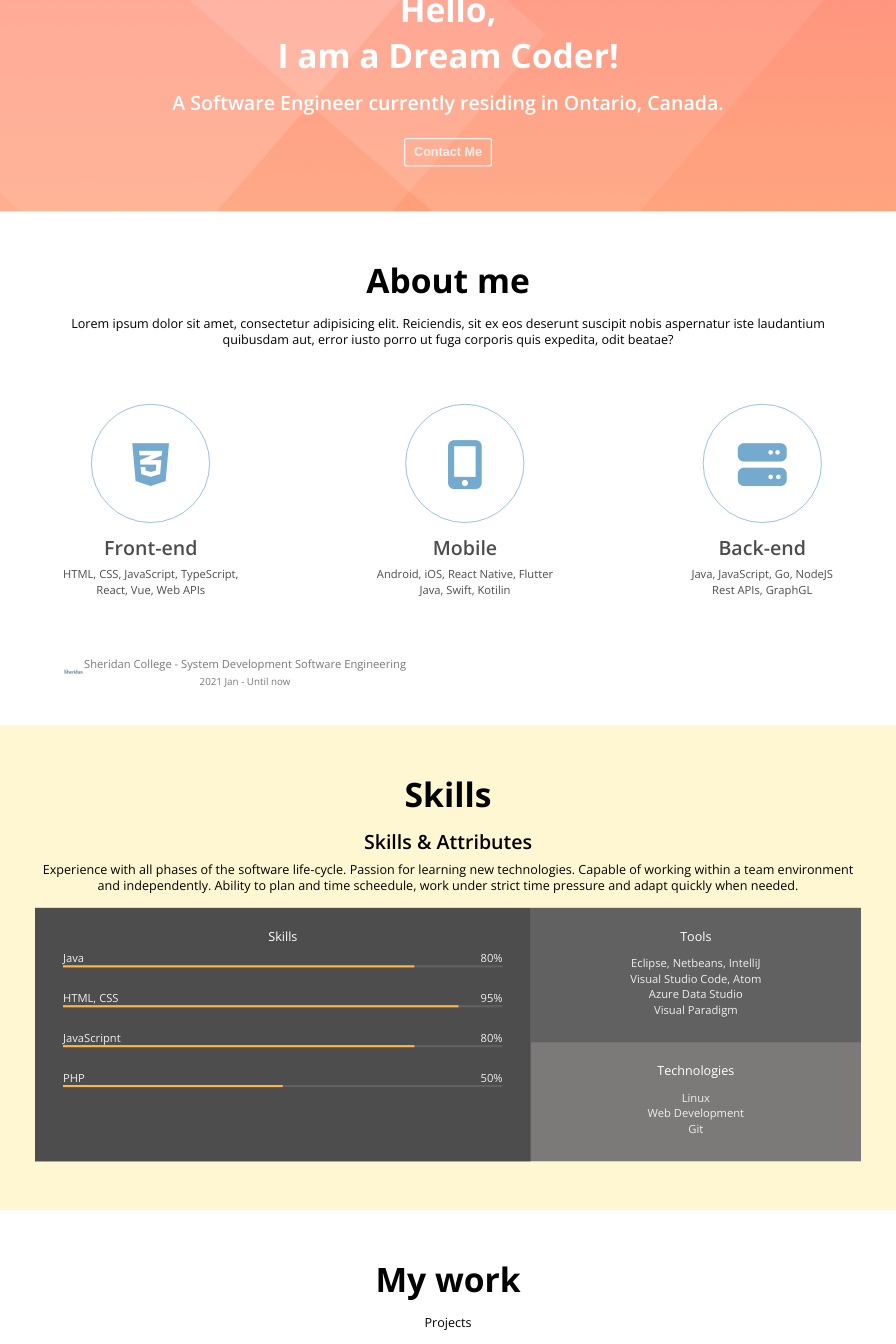
Repository: jennyjjung/portfolio.v0
Page: index.html
These files come from the project's save history. The page is drawn as it stood at one moment and after the next save; the edit follows.
The browser window is 1280 px wide. The pictures show the part of the page from y = 410 to 2330 px (the page is 4039 px tall), at 70% of full size.
Some web libraries are served in a nearby version.

Above is the page before, as saved 2022-02-28 11:59:24.

### index.html
<!DOCTYPE html>
<html lang="en">

<head>
  <meta charset="UTF-8">
  <meta http-equiv="X-UA-Compatible" content="IE=edge">
  <meta name="viewport" content="width=device-width, initial-scale=1.0">
  <title>Jenny's Portfolio</title>
  <meta name="description" content="Portfolio for world-renowned software engineer Jenny">
  <meta nema="author" content="Jenny">
  <link rel="icon" type="image/png" href="imgs/favicon.png" />
  <script src="https://kit.fontawesome.com/3a426e8432.js" crossorigin="anonymous"></script>
  <link rel="preconnect" href="https://fonts.googleapis.com">
  <link rel="preconnect" href="https://fonts.gstatic.com" crossorigin>
  <link href="https://fonts.googleapis.com/css2?family=Open+Sans:wght@400;600;700&display=swap" rel="stylesheet">
  <link rel="stylesheet" href="style.css" />
  <script src="main.js" defer></script>
</head>

<body>
  <!-- Navbar -->
  <nav id="navbar">
    <div class="navbar__logo">
      <i class="fab fa-diaspora"></i>
      <a href="#">Jenny</a>
    </div>
    <div class="navbar__menu">
        <li class="navbar__menu__item active" data-link="#home">Home</li>
        <li class="navbar__menu__item" data-link="#about">About</li>
        <li class="navbar__menu__item" data-link="#skills">Skills</li>
        <li class="navbar__menu__item" data-link="#work">My Work</li>
        <li class="navbar__menu__item" data-link="#testimonials">Testimonial</li>
        <li class="navbar__menu__item" data-link="#contact">Contact</li>
    </div>

    <!-- Toggel button -->
    <button class="navbar__toggle-btn">
      <i class="fas fa-bars"></i>
    </button>



  </nav>

  <!-- Home -->
  <section id="home">
    <div class= "home__container">
      <img src="imgs/profile.png" alt="Jenny's profile photo" class="home__avartar">
      <h1 class="home__title">Hello, <br>I am a Dream Coder!</h1>
      <h2 class="home__description">A Software Engineer currently residing in Ontario, Canada.</h2>
      <button class="home__contact">Contact Me</button>
    </div>
  </section>

  <!-- About -->
  <section id="about" class="section section__container">
    <h1>About me</h1>
    <p>
      Lorem ipsum dolor sit amet, consectetur adipisicing elit. Reiciendis, sit ex eos deserunt suscipit nobis
      aspernatur iste laudantium quibusdam aut, error iusto porro ut fuga corporis quis expedita, odit beatae?
    </p>
    <div class="about__majors">
      <div class="major">
        <div class="major__icon">
          <i class="fab fa-css3-alt"></i>
        </div>
        <h2 class="major__title">Front-end</h2>
        <div class="major__description">HTML, CSS, JavaScript, TypeScript, <br>React, Vue, Web APIs</div>
      </div>
      <div class="major">
        <div class="major__icon">
          <i class="fas fa-mobile-alt"></i>
        </div>
        <h2 class="major__title">Mobile</h2>
        <div class="major__description">Android, iOS, React Native, Flutter<br>Java, Swift, Kotilin</div>
      </div>
      <div class="major">
        <div class="major__icon">
          <i class="fas fa-server"></i>
        </div>
        <h2 class="major__title">Back-end</h2>
        <div class="major__description">Java, JavaScript, Go, NodeJS<br>Rest APIs, GraphGL</div>
      </div>
    </div>
    <div class="about__org">
      <div class="org">
        <img src="imgs/Sheridan_College_Logo.png" alt="Sheridan College" class="org__logo">
        <div class="job__description">
          <p class="org__name">Sheridan College - System Development Software Engineering</p>
          <p class="org__period">2021 Jan - Until now</p>
        </div>
      </div>
    </div>
  </section>

  <!-- Skills -->
  <section id="skills" class="section">
    <div class="section__container">
      <h1>Skills</h1>
      <h2>Skills & Attributes</h2>
      <p>
        Experience with all phases of the software life-cycle. Passion for learning new technologies. Capable of working
        within a team environment and independently. Ability to plan and time scheedule, work under strict time pressure
        and adapt quickly when needed.
      </p>

      <div class="skillset">
        <div class="skillset__left">
          <h3 class="skillset_title">Skills</h3>
          <div class="skill">
            <div class="skill_description">
              <span>Java</span>
              <span>80%</span>
            </div>
            <div class="skill__bar">
              <div class="skill__value" style="width:80%;"></div>
            </div>
          </div>
          <div class="skill">
            <div class="skill_description">
              <span>HTML, CSS</span>
              <span>95%</span>
            </div>
            <div class="skill__bar">
              <div class="skill__value" style="width:90%;"></div>
            </div>
          </div>
          <div class="skill">
            <div class="skill_description">
              <span>JavaScripnt</span>
              <span>80%</span>
            </div>
            <div class="skill__bar">
              <div class="skill__value" style="width:80%;"></div>
            </div>
          </div>
          <div class="skill">
            <div class="skill_description">
              <span>PHP</span>
              <span>50%</span>
            </div>
            <div class="skill__bar">
              <div class="skill__value" style="width:50%;"></div>
            </div>
          </div>
        </div>

        <div class="skillset__right">
          <div class="tools">
            <h3 class="skillset_title">Tools</h3>
            <ul class="tools__list">
              <li><span>Eclipse, Netbeans, IntelliJ</span></li>
              <li><span>Visual Studio Code, Atom</span></li>
              <li><span>Azure Data Studio</span></li>
              <li><span>Visual Paradigm</span></li>
            </ul>
          </div>
          <div class="technologies">
            <h3 class="skillset_title">Technologies</h3>
            <ul class="tools__list">
              <li><span>Linux</span></li>
              <li><span>Web Development</span></li>
              <li><span>Git</span></li>
            </ul>
          </div>
        </div>
      </div>
    </div>
  </section>

  <!-- Work -->
  <section id="work" class="section">
    <div class="section__container">
      <h1>My work</h1>
      <h3>Projects</h3>
      <div class="work__categories">
        <button class="category__btn selected" data-filter="*">All <span class="category__count">8</span></button>
        <button class="category__btn" data-filter="front-end">Front-end <span class="category__count">3</span></button>
        <button class="category__btn" data-filter="back-end">Back-end <span class="category__count">3</span></button>
        <button class="category__btn" data-filter="mobile">Mobile <span class="category__count">2</span></button>
      </div>

      <div class="work__projects">
        <a href="#" class="project" target="blank" data-type="front-end">
          <img class="project__img" src="imgs/projects/project1.png" alt="project1">
          <div class="project__description">
            <h3>Youtube Site</h3>
            <span>Clone coding with HTML and CSS</span>
          </div>
        </a>


        <a href="#" class="project" target="blank" data-type="back-end">
          <img class="project__img" src="imgs/projects/project2.png" alt="project2">
          <div class="project__description">
            <h3>project2</h3>
            <span>Clone coding with HTML and CSS</span>
          </div>
        </a>

        <a href="#" class="project" target="blank" data-type="front-end">
          <img class="project__img" src="imgs/projects/project3.png" alt="project3">
          <div class="project__description">
            <h3>project3</h3>
            <span>Clone coding with HTML and CSS</span>
          </div>
        </a>

        <a href="#" class="project" target="blank" data-type="back-end">
          <img class="project__img" src="imgs/projects/project4.png" alt="project4">
          <div class="project__description">
            <h3>project4</h3>
            <span>Clone coding with HTML and CSS</span>
          </div>
        </a>

        <a href="#" class="project" target="blank" data-type="mobile">
          <img class="project__img" src="imgs/projects/project5.png" alt="project5">
          <div class="project__description">
            <h3>project5</h3>
            <span>Clone coding with HTML and CSS</span>
          </div>
        </a>


        <a href="#" class="project" target="blank" data-type="front-end">
          <img class="project__img" src="imgs/projects/project6.png" alt="project6">
          <div class="project__description">
            <h3>project6</h3>
            <span>Clone coding with HTML and CSS</span>
          </div>
        </a>


        <a href="#" class="project" target="blank" data-type="mobile">
          <img class="project__img" src="imgs/projects/project7.png" alt="project7">
          <div class="project__description">
            <h3>project7</h3>
            <span>Clone coding with HTML and CSS</span>
          </div>
        </a>


        <a href="#" class="project" target="blank" data-type="back-end">
          <img class="project__img" src="imgs/projects/project8.png" alt="project8">
          <div class="project__description">
            <h3>project8</h3>
            <span>Clone coding with HTML and CSS</span>
          </div>
        </a>
      </div>
    </div>
  </section>

  <!-- Testimonials -->
  <section id="testimonials" class="section">
    <div class="section__container">
      <h1>Testimonials</h1>
      <h3>See what they say about me</h3>
      <div class="testimonials">
        <div class="testimonial">
          <img src="imgs/testimonial/bob.jpg" alt="People" class="testimonial__avatar">
          <div class="testimonial__speech-bubble">
            <p>Lorem ipsum dolor sit amet consectetur adipisicing elit. Laboriosam, labore rem? Totam, vitae. Explicabo accusantium fuga, blanditiis dicta placeat ducimus delectus incidunt atque illo debitis nemo exercitationem animi consequatur rerum.</p>
            <p class="name"><a href="#">Ellie </a>/ Samsung</p>
          </div>
        </div>
      </div>

      <div class="testimonials">
        <div class="testimonial">
          <div class="testimonial__speech-bubble">
            <p>Lorem ipsum dolor sit amet consectetur adipisicing elit. Laboriosam, labore rem? Totam, vitae. Explicabo accusantium fuga, blanditiis dicta placeat ducimus delectus incidunt atque illo debitis nemo exercitationem animi consequatur rerum.</p>
            <p class="name"><a href="#">Chris </a>/ Samsung</p>
          </div>
          <img src="imgs/testimonial/bob.jpg" alt="People" class="testimonial__avatar">
        </div>
      </div>
    </div>

  </section>

  <!-- Contact -->
  <section id="contact" class="section">
    <h1 class="contact__title">Let's talk</h1>
    <h2 class="contact__email">jungjuyo@sheridancollege.ca</h2>
    <div class="contact__links">
      <a href="https://github.com/jennyjjung" target="_blank">
        <i class="fa fa-github"></i>
      </a>
      <a href="https://www.linkedin.com/in/jennyjjung" target="_blank">
        <i class="fa fa-linkedin-square"></i>
      </a>
    </div>
    <p class="contact__rights">2021 Jenny Juyoung Jung - All reights reserved</p>
  </section>

  <!-- Arrow up-->
  <button class="arrow-up">
    <i class="fa-solid fa-arrow-up"></i>
  </button>
</body>

</html>

### style.css
/* Global */
:root {
  /* Color */
  --color-white: #ffffff;
  --color-light-white: #eeeeee;
  --color-dark-white: #bdbdbd;
  --color-pink: #fe918d;
  --color-dark-pink: #ff6863;
  --color-dark-grey: #4d4d4d;
  --color-grey: #616161;
  --color-light-grey: #7c7979;
  --color-blue: #73aace;
  --color-yellow: #fff7d1;
  --color-orange: #feb546;
  --color-black: #000000;

  /* Font weight */
  --weight-bold: 700;
  --weight-semi-bold: 600;
  --weight-regular: 400;

  /* Font Size */
  --font-large: 48px;
  --font-medium: 28px;
  --font-regular: 18px;
  --font-small: 16px;
  --font-micro: 14px;

  /* Size */
  --size-border-radius: 4px;

  /* Animation */
  --animation-duration: 300ms;
}

/* Universal tags */
* {
  box-sizing: border-box;
}

body {
  margin: 0;
  font-family: "Open Sans", sans-serif;
  cursor: default;
}

a {
  text-decoration: none;
  color: var(--color-white);
}

ul {
  list-style: none;
  padding-left: 0;
}

li {
  list-style: none;
}

button {
  background-color: transparent;
  cursor: pointer;
  border: none;
  outline: none;
}

/* Typography */
h1 {
  font-size: var(--font-large);
  font-weight: var(--weight-bold);
  color: var(--color-black);
  margin: 16px 0px;
}

h2 {
  font-size: var(--font-medium);
  font-weight: var(--weight-semi-bold);
  color: var(--color-black);
  margin: 8px 0;
}

h3 {
  font-size: var(--font-regular);
  font-weight: var(--weight-regular);
  color: var(--color-black);
  margin: 8px 0;
}

p {
  font-size: var(--font-regular);
  font-weight: var(--weight-regular);
  color: var(--color-black);
  margin: 4px 0;
}

/* Navbar */
#navbar {
  position: fixed;
  width: 100%;
  display: flex;
  justify-content: space-between;
  background-color: transparent;
  align-items: center;
  color: var(--color-white);
  padding: 16px;
  transition: all var(--animation-duration) ease-in-out;
  z-index: 1;
}

#navbar.navbar--dark {
  background-color: var(--color-pink);
  padding: 5px;
}

.navbar__menu {
  display: flex;
}

.navbar__logo {
  font-size: var(--font-medium);
  font-weight: var(--weight-semi-bold);
}

.navbar__menu__item {
  padding: 8px 12px;
  margin: 0 4px;
  cursor: pointer;
  color: var(--color-white);
  border: 1px solid transparent;
  border-radius: var(--size-border-radius);
}

.navbar__menu__item:hover {
  border-color: var(--color-white);
  background-color: var(--color-dark-pink);
}

.navbar__toggle-btn {
  position: absolute;
  right: 32px;
  font-size: 24px;
  color: var(--color-white);
  top: 24px;
  display: none;
}

/* Home */
#home {
  background: url("imgs/homebackground.png") center/cover no-repeat;
  padding: 40px;
  padding-top: 120px;
  text-align: center;
}

.home__avartar {
  width: 250px;
  height: 250px;
  border-radius: 50%;
  border: 2px solid var(--color-light-white);
}

.home__title,
.home__description {
  color: var(--color-white);
}

.home__contact {
  color: var(--color-light-white);
  font-size: var(--font-regular);
  font-weight: var(--weight-bold);
  margin: 24px;
  padding: 8px 12px;
  border: 2px solid var(--color-light-white);
  border-radius: var(--size-border-radius);
}

.home__contact:hover {
  background-color: var(--color-orange);
}

/* Section common */
.section {
  padding: 50px;
  text-align: center;
  margin: auto;
}

.section__container {
  max-width: 1200px;
  margin: auto;
}

/* About */
.about__majors {
  display: flex;
  justify-content: space-between;
  margin: 80px 0;
}

.major__icon {
  width: 170px;
  height: 170px;
  line-height: 170px;
  font-size: 70px;
  margin: auto;
  color: var(--color-blue);
  border: 1px solid var(--color-blue);
  border-radius: 50%;
  margin-bottom: 16px;
}

.major__icon i {
  transition: all var(--animation-duration) ease;
}

.major__icon:hover i {
  color: var(--color-pink);
  transform: rotate(-30deg) scale(1.1);
}

.major__title,
.major__description {
  color: var(--color-dark-grey);
}

.major__description {
  font-size: var(--font-small);
}

.org {
  display: flex;
  align-items: center;
}

.org img {
  width: 30px;
}

.org__description {
  margin: 0 16px;
  text-align: left;
}

.org__name,
.org__period {
  color: var(--color-light-grey);
}

.org__name {
  font-size: var(--font-small);
}

.org__period {
  font-size: var(--font-micro);
}

/* Skill */

#skills {
  background-color: var(--color-yellow);
}

.skillset {
  display: flex;
  background-color: var(--color-light-grey);
  color: var(--color-light-white);
  margin: 20px 0;
}

.skillset_title {
  color: var(--color-white);
}

.skillset__left {
  flex-basis: 60%;
  background-color: var(--color-dark-grey);
  padding: 20px 40px;
}

.skill {
  margin-bottom: 32px;
}

.skill_description {
  display: flex;
  justify-content: space-between;
}

.skill__bar {
  width: 100%;
  height: 3px;
  background-color: var(--color-grey);
}

.skill__value {
  height: 3px;
  background-color: var(--color-orange);
}

.skillset__right {
  flex-basis: 40%;
}

.tools {
  background-color: var(--color-grey);
}

.tools,
.technologies {
  padding: 20px;
}

/* Work */

.work__categories {
  margin: 40px;
}
.category__btn {
  border: 1px solid var(--color-dark-white);
  border-radius: var(--size-border-radius);
  font-size: var(--font-regular);
  padding: 8px 48px;
}

.category__btn.selected,
.category__btn:hover {
  background-color: var(--color-pink);
  color: var(--color-white);
}

.category__btn.selected .category__count,
.category__btn:hover .category__count {
  opacity: 1;
  top: 0;
}

.category__count {
  background-color: var(--color-orange);
  border-radius: 50%;
  color: var(--color-white);
  width: 24px;
  line-height: 24px;
  display: inline-block;
  position: relative;
  top: -20px;
  left: 4px;
  opacity: 0;
  transition: all var(--animation-duration);
}

.work__projects {
  display: flex;
  flex-wrap: wrap;
  justify-content: center;
  opacity: 1;
  transition: all var(--animation-duration) ease-out;
}

.work__projects.anim-out {
  opacity: 0;
  transform: scale(0.96) translateY(40px);
}

.project {
  display: flex;
  justify-content: center;
  align-items: center;
  position: relative;
  width: 280px;
  height: 250px;
  margin: 2px;
  background-color: var(--color-light-white);
}

.project.invisible {
  display: none;
}

.project__img {
  max-width: 100%;
  max-height: 100%;
}

.project__description {
  display: flex;
  flex-direction: column;
  justify-content: center;
  background-color: black;
  position: absolute;
  top: 0;
  left: 0;
  width: 100%;
  height: 100%;
  opacity: 0;
  transform: translateY(10px);
  transition: all var(--animation-duration) ease;
}

.project:hover .project__description {
  opacity: 0.8;
  transform: translateY(0px);
}

.project__description h3 {
  color: var(--color-orange);
}

.project__description h3:after {
  content: "";
  display: block;
  position: relative;
  left: 50%;
  width: 50px;
  height: 2px;
  transform: translateX(-50%);
  margin-top: 8px;
  background-color: var(--color-dark-white);
}

/* Testimonials */

#testimonials {
  background-color: var(--color-light-white);
}

.testimonials {
  margin: 40px;
}

.testimonial {
  display: flex;
  margin: 32px 0;
}

.testimonial__avatar {
  width: 150px;
  height: 150px;
  border-radius: 50%;
}

.testimonial__avatar:nth-child(odd) {
  margin-right: 40px;
}

.testimonial__avatar:nth-child(even) {
  margin-left: 40px;
}

.testimonial__speech-bubble {
  padding: 18px;
  background-color: var(--color-white);
  border-radius: var(--size-border-radius);
}

.testimonial__speech-bubble p {
  color: var(--color-light-grey);
}

.testimonial__speech-bubble a {
  color: var(--color-pink);
}

/* Contact */

#contact {
  background-color: var(--color-pink);
}

.contact__title,
.contact__email,
.contact__rights {
  color: var(--color-white);
}

.contact__title {
  margin: 32px 0;
}

.contact__links {
  font-size: var(--font-large);
  margin: 24px 0;
  transition: all var(--animation-duration);
}

.contact__links i:hover {
  transform: scale(1.1);
  color: var(--color-light-grey);
}

/* Scroll */
.arrow-up {
  position: fixed;
  bottom: 50px;
  right: 50px;
  width: 70px;
  height: 70px;
  font-size: 50px;
  color: var(--color-white);
  background-color: var(--color-pink);
  border-radius: 50%;
  opacity: 0;
  pointer-events: none;
  transition: opacity 300ms ease-in;
}

.arrow-up.visible {
  opacity: 1;
  pointer-events: auto;
}

/* For below 768px screen width */
@media screen and (max-width: 768px) {
  :root {
    /* Font Size */
    --font-large: 30px;
    --font-medium: 18px;
    --font-regular: 16px;
    --font-small: 14px;
    --font-micro: 12px;
  }
  .navbar__toggle-btn {
    display: block;
  }

  #navbar {
    flex-direction: column;
    align-items: flex-start;
    background-color: var(--color-pink);
  }

  #navbar.navbar--dark {
    padding: 16px;
  }

  .navbar__menu {
    flex-direction: column;
    text-align: center;
    width: 100%;
    display: none;
  }

  .navbar__menu.open {
    display: block;
  }

  .section {
    padding: 16px;
  }

  .about__majors {
    flex-direction: column;
  }

  .major {
    margin-bottom: 38px;
  }

  .skillset {
    flex-direction: column;
  }

  .project {
    flex-grow: 1;
  }

  .testimonial__avatar {
    width: 80px;
    height: 80px;
  }
}

Loaded but not shown: main.js (119 lines, source omitted)

After the next save:
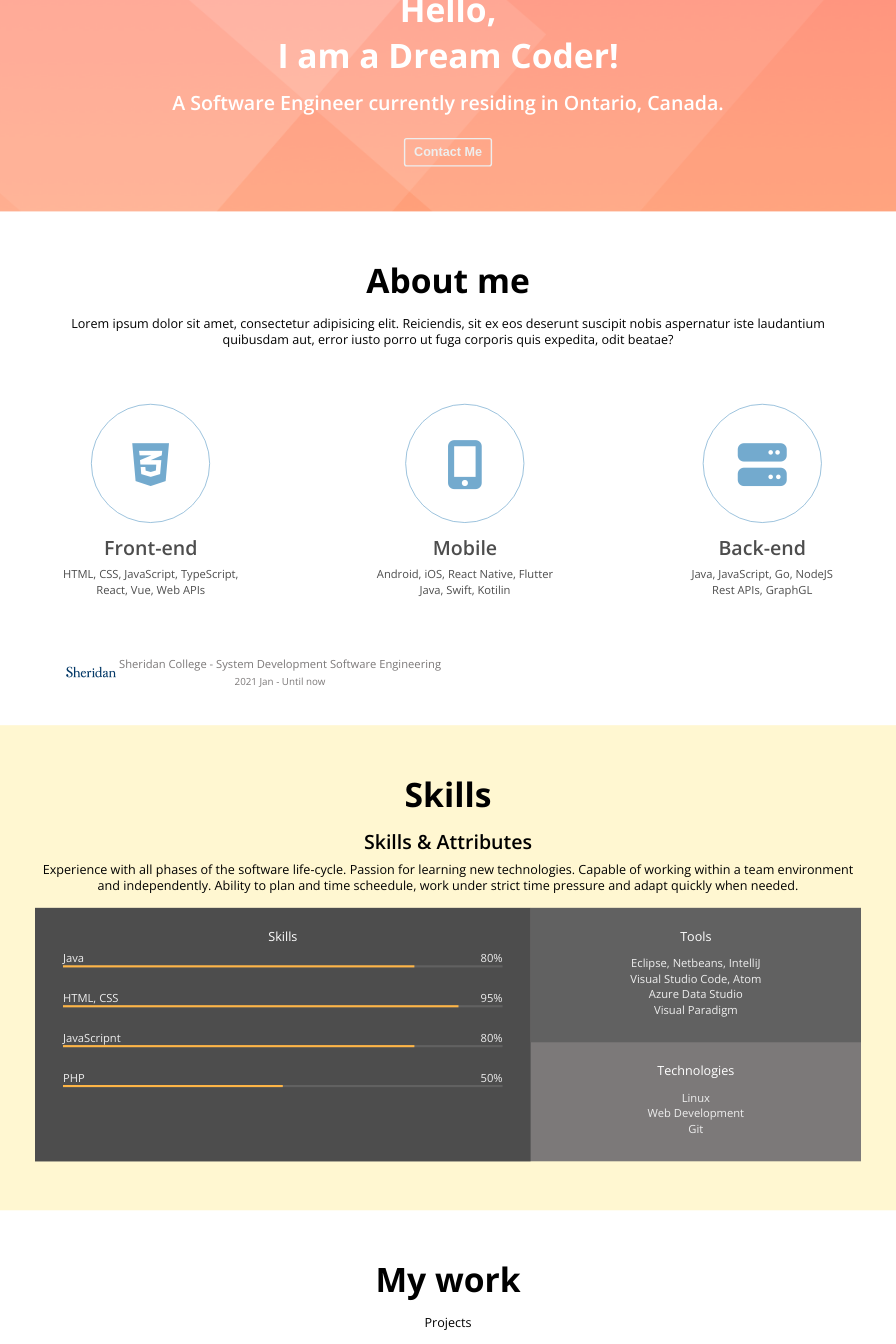
Saved 47 s later.
--- a/style.css
+++ b/style.css
@@ -234,7 +234,7 @@ p {
 }
 
 .org img {
-  width: 30px;
+  width: 80px;
 }
 
 .org__description {
